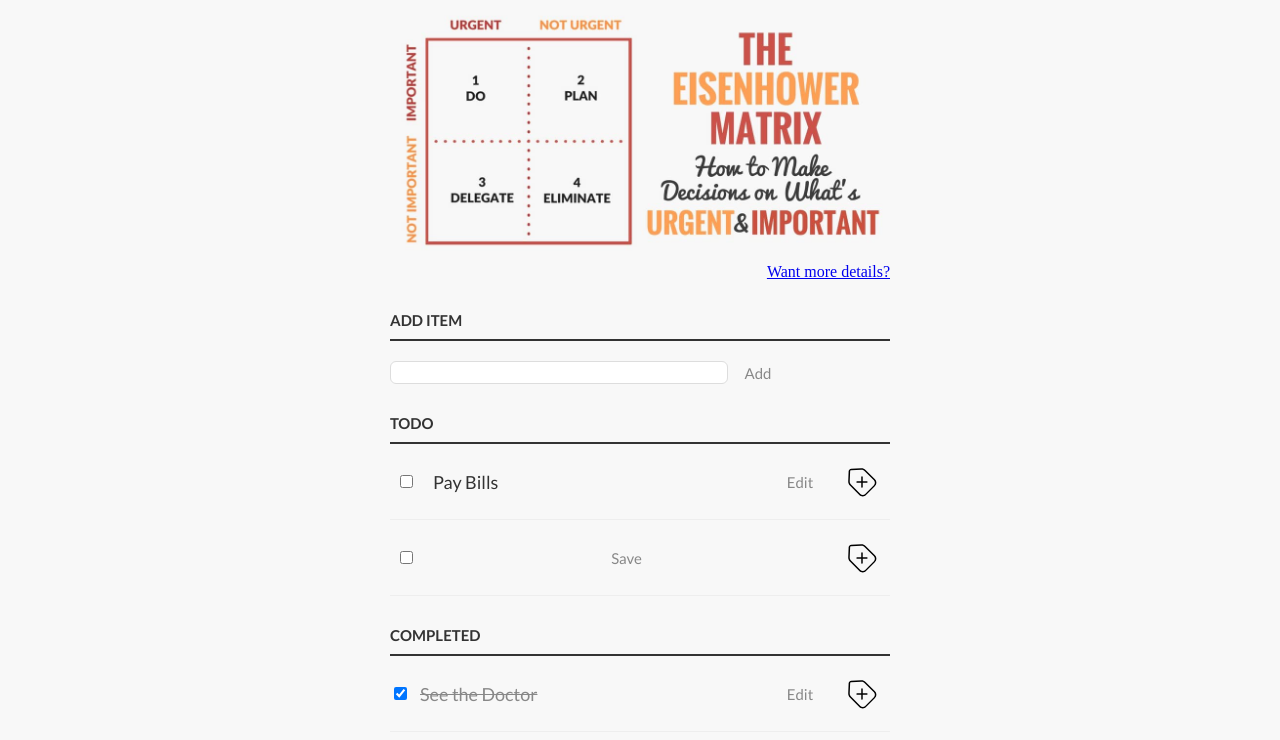
Repository: dev1siWoo/clean-code-s1e1
Page: index.html
An editor plug-in stored every save of this project. The page is shown before and after the next save, followed by the edit.
The browser window is 1280 px wide. The pictures show the whole page.

Above is the page before, as saved 2024-01-08 23:40:43.
Console error: TypeError: Cannot set properties of null (setting 'onchange')

After the next save:
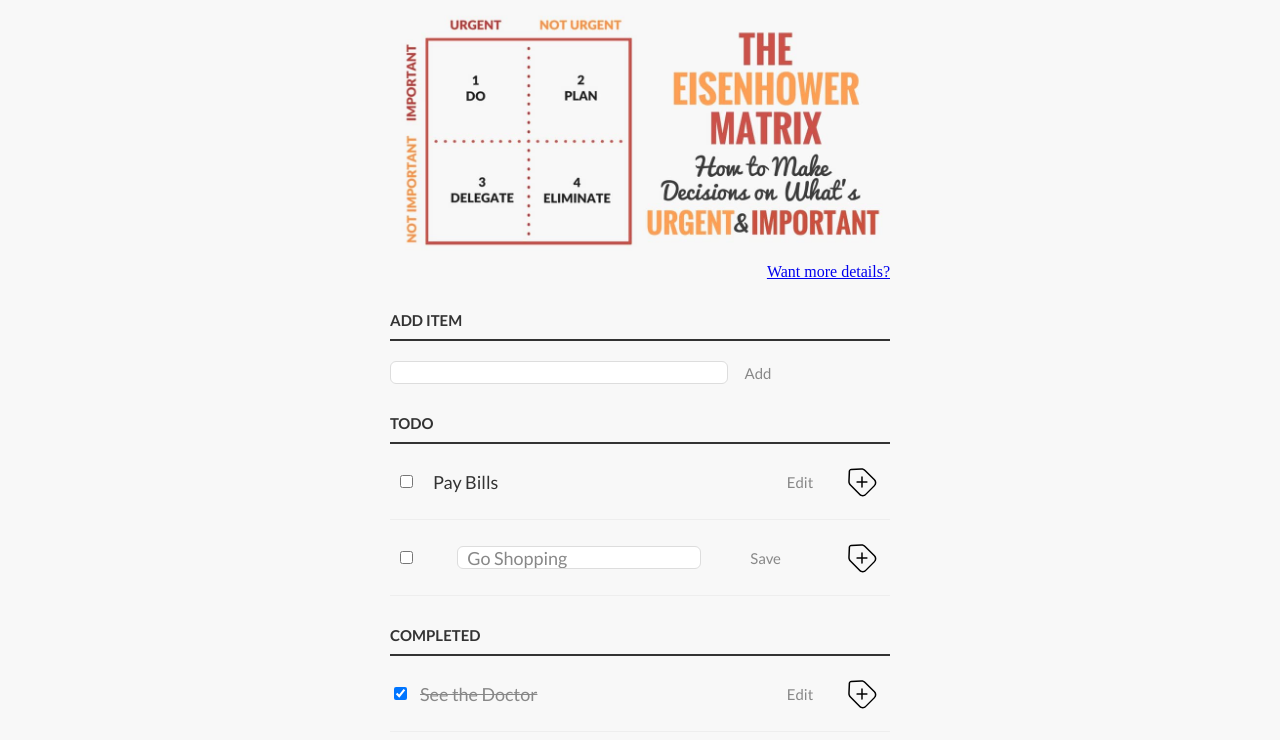
Saved 56 s later.
--- a/style.css
+++ b/style.css
@@ -161,7 +161,7 @@
   display: none;
 }
 
-.task_edit .input_edit {
+.edit .input_edit {
   display: inline-block;
   width: 224px;
 }
